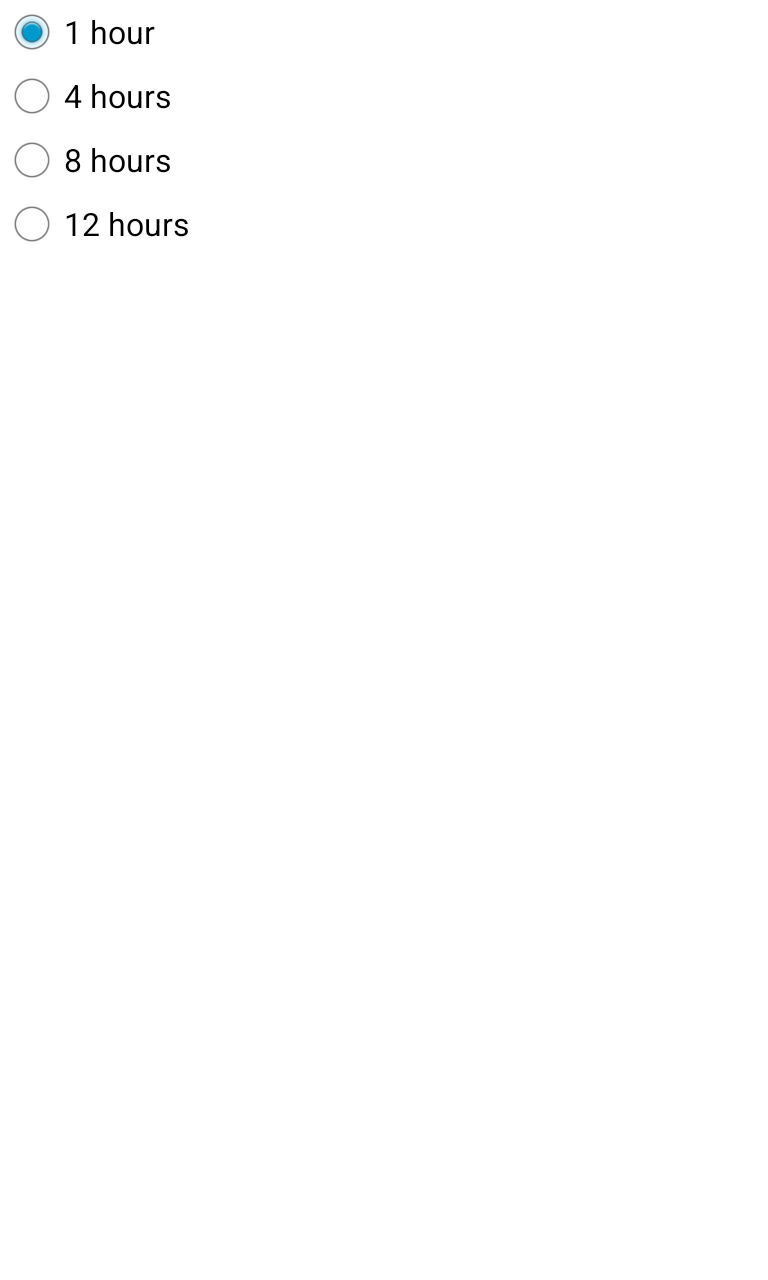
Repository: scottcaruso/MDF3_widgets_and_action_bars
Layout: PictureViewWidget/res/layout/configure_widget.xml
The author's editor kept a copy of each file at every save. The layout is drawn from the files as they stood at one save, then again after the next save.
It is drawn on a 768 x 1280 px phone screen (xhdpi) without system bars, with theme AppTheme; the app's code is not run.

Above is the layout before, as saved 2013-09-19 07:57:00.

### PictureViewWidget/res/layout/configure_widget.xml
<?xml version="1.0" encoding="utf-8"?>
<LinearLayout xmlns:android="http://schemas.android.com/apk/res/android"
    android:layout_width="match_parent"
    android:layout_height="match_parent"
    android:orientation="vertical" >

    <RadioGroup
        android:id="@+id/radioSex"
        android:layout_width="wrap_content"
        android:layout_height="wrap_content" >

        <RadioButton
            android:id="@+id/radioMale"
            android:layout_width="wrap_content"
            android:layout_height="wrap_content"
            android:text="1 hour"
            android:checked="true" />

        <RadioButton
            android:id="@+id/radioFemale"
            android:layout_width="wrap_content"
            android:layout_height="wrap_content"
            android:text="4 hours" />

        <RadioButton
            android:id="@+id/radioFemale"
            android:layout_width="wrap_content"
            android:layout_height="wrap_content"
            android:text="8 hours" />

        <RadioButton
            android:id="@+id/radioFemale"
            android:layout_width="wrap_content"
            android:layout_height="wrap_content"
            android:text="12 hours" />

    </RadioGroup>

</LinearLayout>

Loaded but not shown: PictureViewWidget/res/values/styles.xml (common file); PictureViewWidget/res/values-v11/styles.xml (common file); PictureViewWidget/res/values-v14/styles.xml (common file)

After the next save:
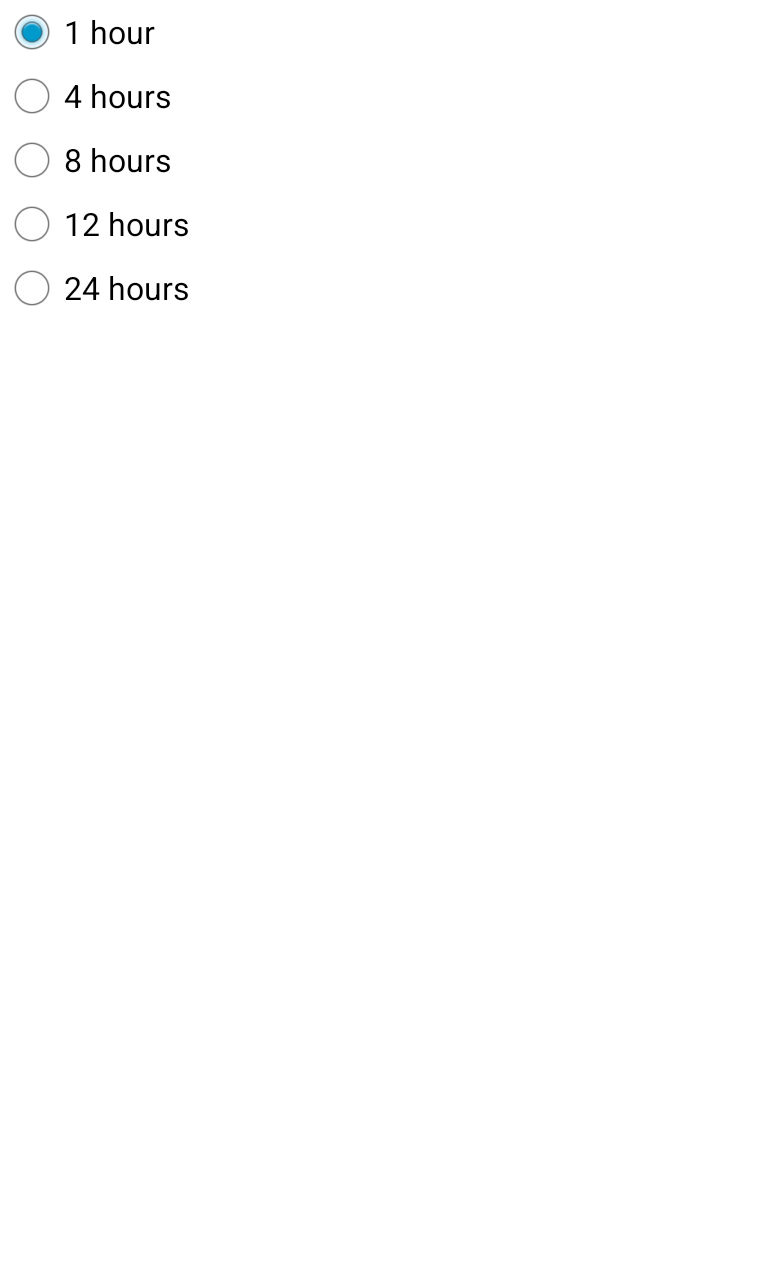
Saved 8 s later.
--- a/PictureViewWidget/res/layout/configure_widget.xml
+++ b/PictureViewWidget/res/layout/configure_widget.xml
@@ -34,6 +34,12 @@
             android:layout_height="wrap_content"
             android:text="12 hours" />
 
+        <RadioButton
+            android:id="@+id/radioFemale"
+            android:layout_width="wrap_content"
+            android:layout_height="wrap_content"
+            android:text="24 hours" />
+
     </RadioGroup>
 
 </LinearLayout>
